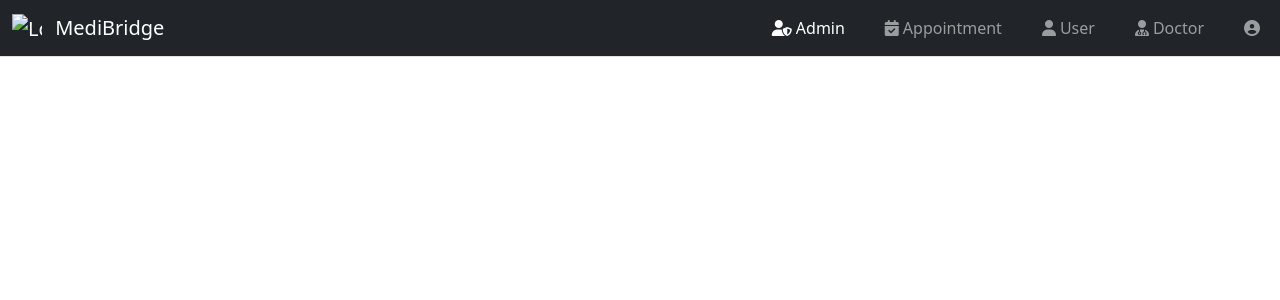
Repository: Abhinavan2004/MediBridge-hms
Page: http://localhost/Hospital_Management_System/User.jsp
These files come from the project's save history. The page is drawn as it stood at one moment and after the next save; the edit follows.
The browser window is 1280 px wide. The pictures show the whole page.
The page is served by Tomcat 9. Other server files are loaded and not shown.

Above is the page before, as saved 2025-07-13 12:15:10.

### Hospital_Management_System/src/main/webapp/User.jsp
<%@ page language="java" contentType="text/html; charset=UTF-8"
    pageEncoding="UTF-8"%>
<!DOCTYPE html>
<html>
<head>
<meta charset="UTF-8">
<title>Insert title here</title>
</head>
<body>
<%@include file="components/navbar.jsp" %>
</body>
</html>

### Hospital_Management_System/src/main/webapp/components/navbar.jsp
<!DOCTYPE html>
<html lang="en">
<head>
<meta charset="UTF-8">
<meta name="viewport" content="width=device-width, initial-scale=1.0">
<title>Fixed Navbar</title>
<link href="https://cdn.jsdelivr.net/npm/bootstrap@5.3.0/dist/css/bootstrap.min.css" rel="stylesheet">
<!-- Font Awesome CDN -->
<link rel="stylesheet" href="https://cdnjs.cloudflare.com/ajax/libs/font-awesome/6.4.0/css/all.min.css">
</head>
<body>

<nav class="navbar navbar-expand-lg navbar-dark bg-dark border-bottom">
<div class="container-fluid">
<a class="navbar-brand" href="#">
<img src="#" alt="Logo" width="30" height="24" class="d-inline-block align-text-top me-2">
MediBridge
</a>

<!-- Navbar toggler for mobile -->
<button class="navbar-toggler" type="button" data-bs-toggle="collapse" data-bs-target="#navbarNavDropdown" aria-controls="navbarNavDropdown" aria-expanded="false" aria-label="Toggle navigation">
<span class="navbar-toggler-icon"></span>
</button>

<div class="collapse navbar-collapse" id="navbarNavDropdown">
<ul class="navbar-nav ms-auto">
<li class="nav-item me-4">
<a class="nav-link active" aria-current="page" href="Admin.jsp">
<i class="fa-solid fa-user-shield me-1"></i>Admin
</a>
</li>
<li class="nav-item me-4">
<a class="nav-link" href="components/">
<i class="fa-solid fa-calendar-check me-1"></i>Appointment
</a>
</li>
<li class="nav-item me-4">
<a class="nav-link" href="User.jsp">
<i class="fa-solid fa-user me-1"></i>User
</a>
</li>
<li class="nav-item me-4">
<a class="nav-link" href="Doctor.jsp">
<i class="fa-solid fa-user-doctor me-1"></i>Doctor
</a>
</li>
<li class="nav-item">
<a class="nav-link" href="#">
<i class="fa-solid fa-user-circle"></i>
</a>
</li>
</ul>
</div>
</div>
</nav>

<!-- Bootstrap JS -->
<script src="https://cdn.jsdelivr.net/npm/bootstrap@5.3.0/dist/js/bootstrap.bundle.min.js"></script>
</body>
</html>

After the next save:
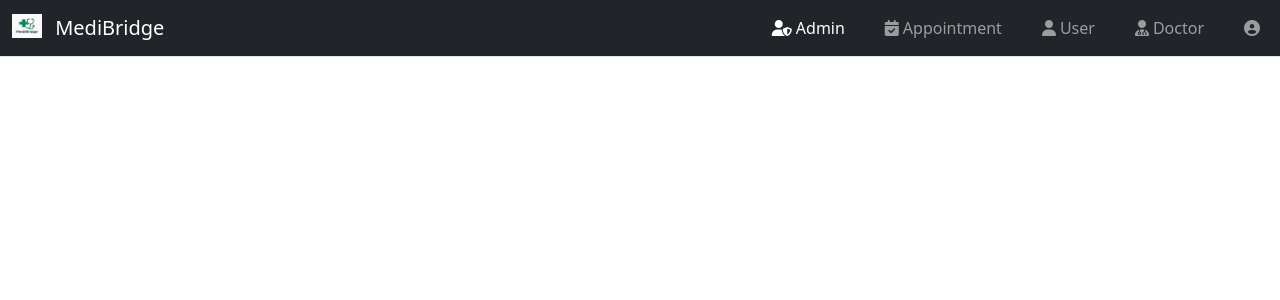
Saved 80 min 25 s later.
--- a/Hospital_Management_System/src/main/webapp/components/navbar.jsp
+++ b/Hospital_Management_System/src/main/webapp/components/navbar.jsp
@@ -13,7 +13,7 @@
 <nav class="navbar navbar-expand-lg navbar-dark bg-dark border-bottom">
 <div class="container-fluid">
 <a class="navbar-brand" href="#">
-<img src="#" alt="Logo" width="30" height="24" class="d-inline-block align-text-top me-2">
+<img src="assets/logo.png" alt="Logo" width="30" height="24" class="d-inline-block align-text-top me-2">
 MediBridge
 </a>
 
